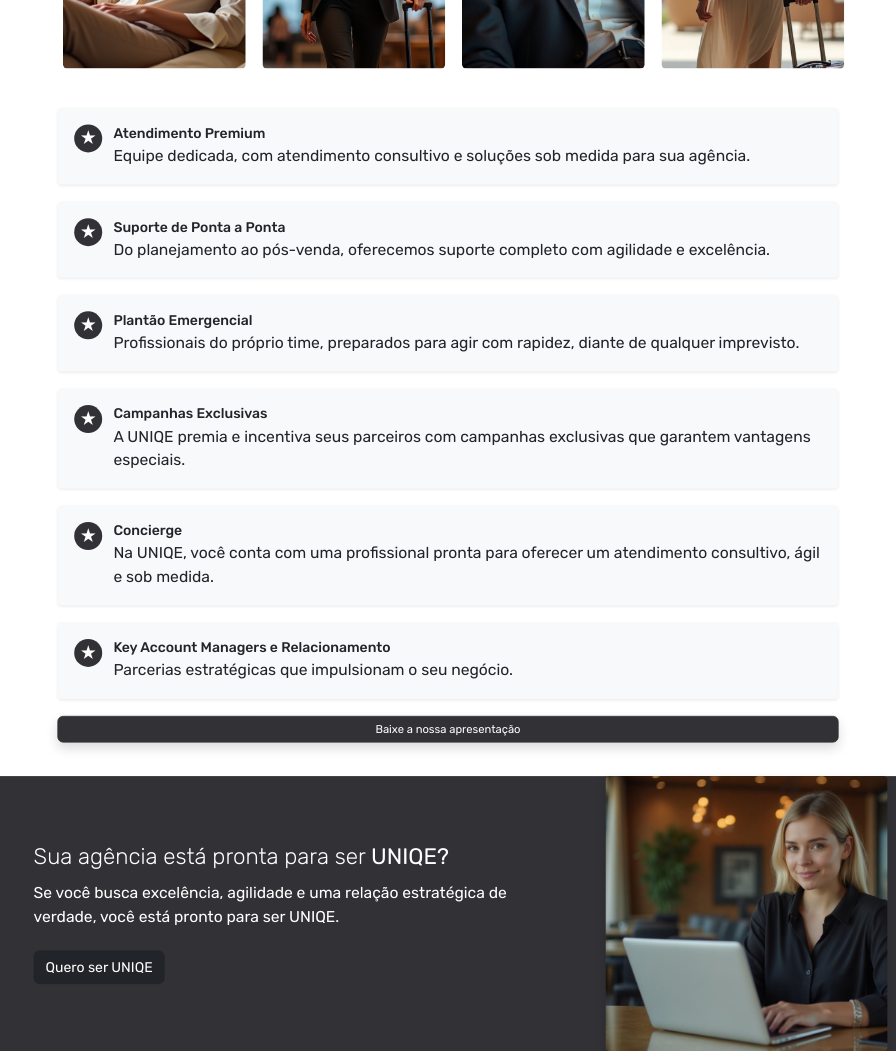
Repository: SkyTeam-Dev/Site-Uniqe
Page: http://localhost/
An editor plug-in stored every save of this project. The page is shown before and after the next save, followed by the edit.
The browser window is 1280 px wide. The pictures show the part of the page from y = 1414 to 3334 px (the page is 2916 px tall before and 3334 px after), at 70% of full size.
Some web libraries are served in a nearby version. The page is run by PHP 8.4 with error messages shown; the project is at /var/www/html/.

Above is the page before, as saved 2025-07-03 16:19:46.

After the next save:
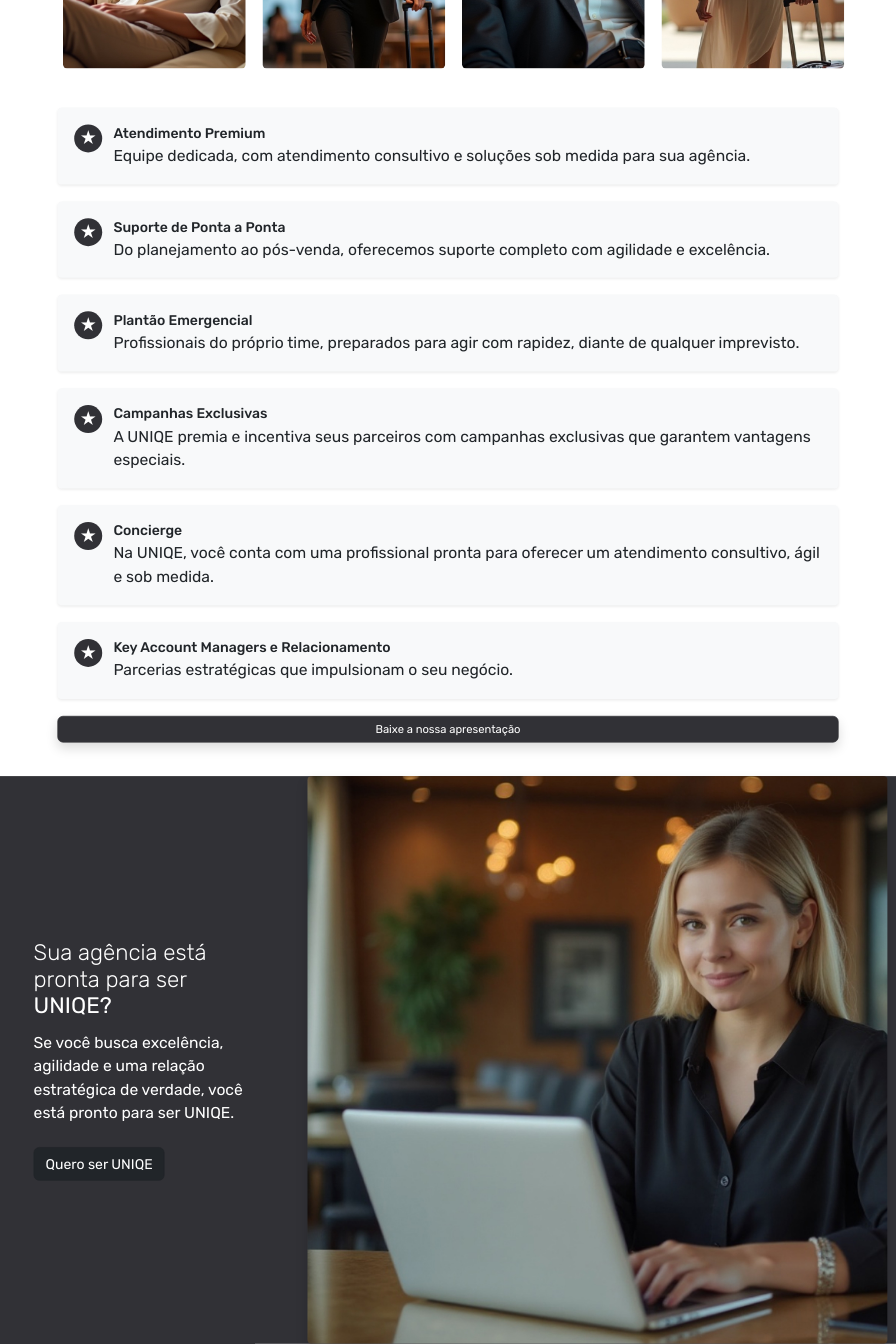
Saved 19 s later.
--- a/index.php
+++ b/index.php
@@ -377,7 +377,7 @@
             <div class="row align-items-center">
 
                 <!-- Coluna de texto -->
-                <div class="col-md-8 p-5 mb-4 mb-md-0">
+                <div class="col-md-4 p-5 mb-4 mb-md-0">
                     <h2 class="fw-light">Sua agência está pronta para ser <strong>UNIQE?</strong></h2>
                     <p class="mt-3">Se você busca excelência, agilidade e uma relação estratégica de verdade, você está
                         pronto para ser UNIQE.</p>
@@ -386,7 +386,7 @@
 
 
                 <!-- Coluna de imagem -->
-                <div class="col-md-4 d-flex align-items-stretch">
+                <div class="col-md-8 d-flex align-items-stretch">
                     <div class="w-100">
                         <img src="Templates/Default/Imagens/foto-uniqe-formulario.jpg" alt="Atendente UNIQE"
                             class="img-fluid rounded shadow w-100 h-100 object-fit-cover">
